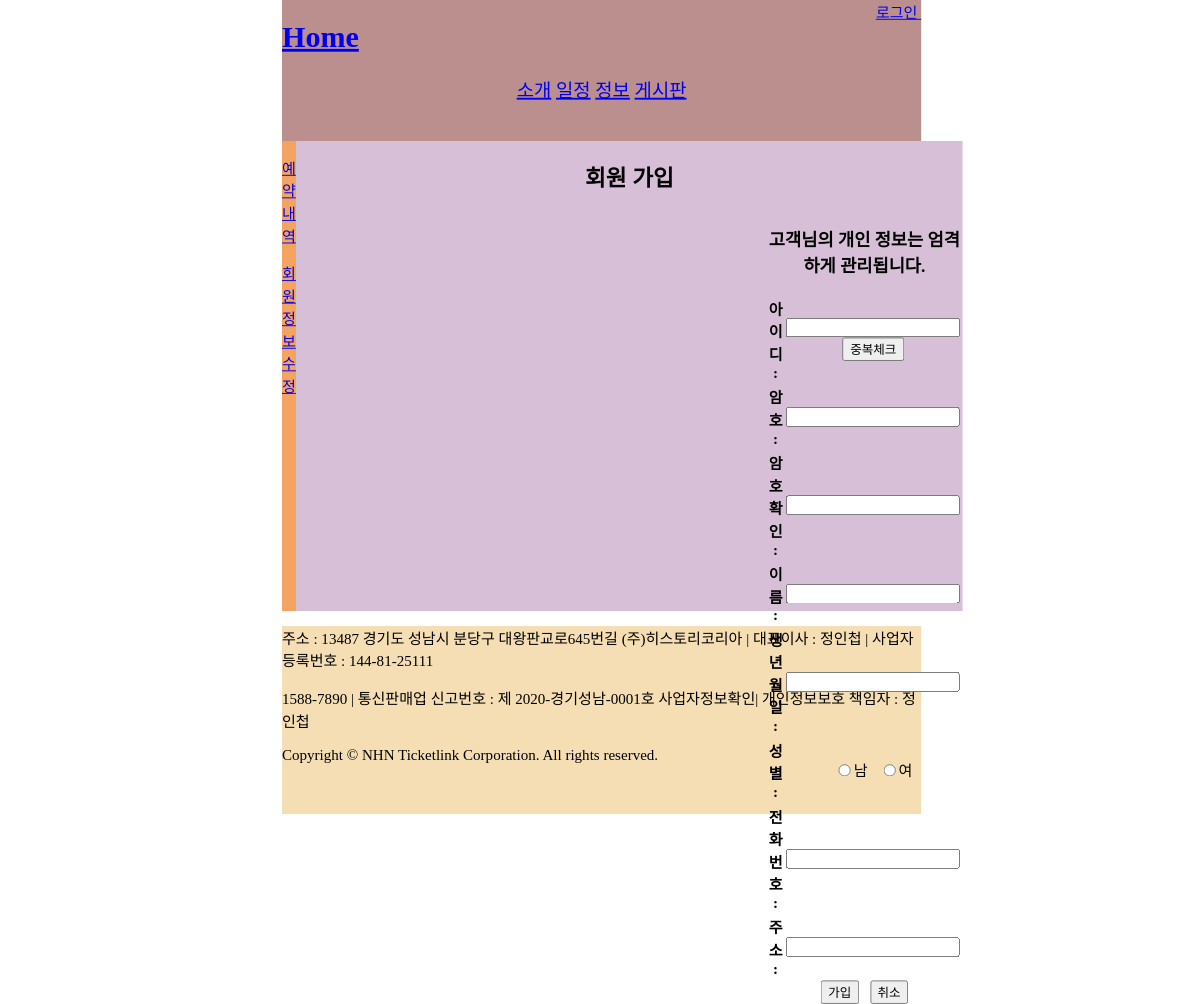
Repository: dlscjq34/JSP_historyTour
Page: http://localhost/HistoryTour/WEB-INF/views/member/joinMember.jsp
The author's editor kept a copy of each file at every save. The page is drawn from the files as they stood at one save, then again after the next save.
The browser window is 1280 px wide. The pictures show the whole page, at 94% of full size.
The page is served by Tomcat 9. Nobody is signed in. The template is opened directly, without the code that normally fills it, so the values that code supplies are empty.

Above is the page before, as saved 2020-12-21 03:39:59.

After the next save:
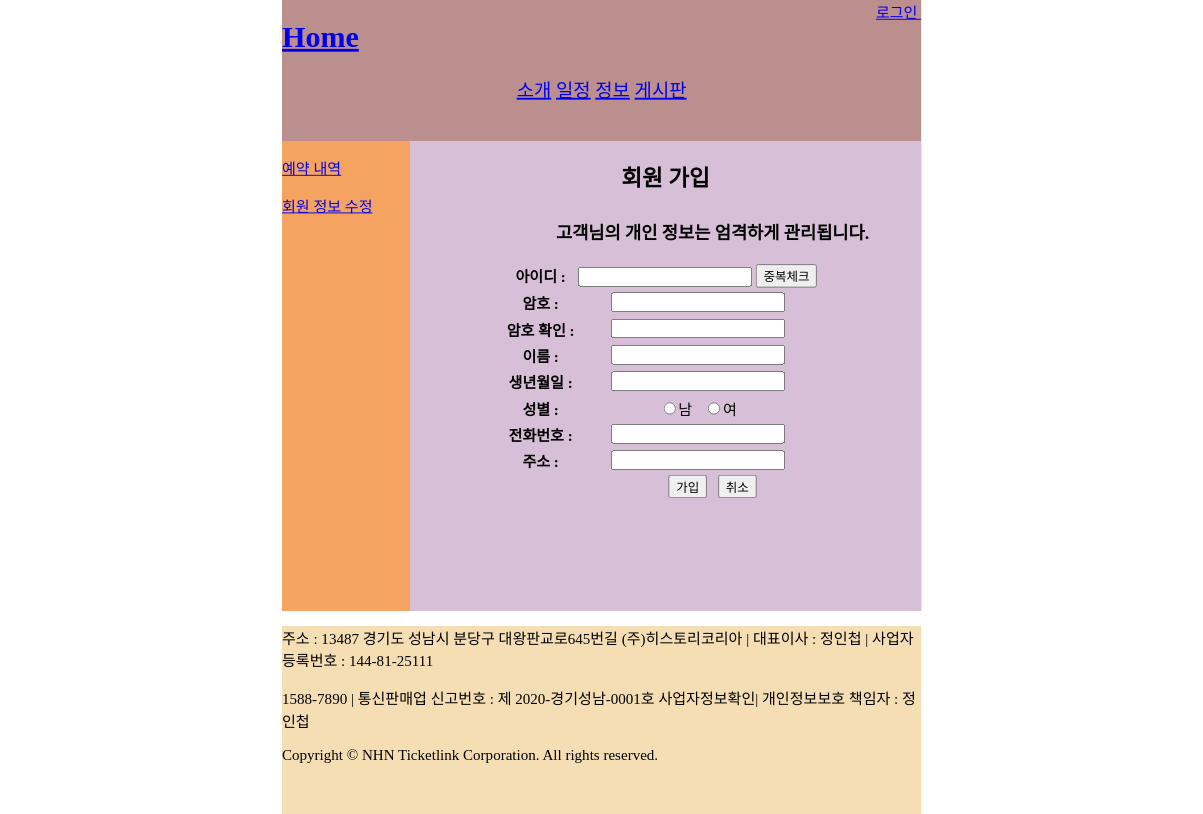
Saved 6 s later.
--- a/HistoryTour/WebContent/css/joinMember.css
+++ b/HistoryTour/WebContent/css/joinMember.css
@@ -5,7 +5,7 @@
 .center article form  {
   position: relative;
   margin-top: 5%;
-  padding-left: 500px;
+  padding-left: 100px;
   /* width: 100px;
   font-size: 20px; */
 }
